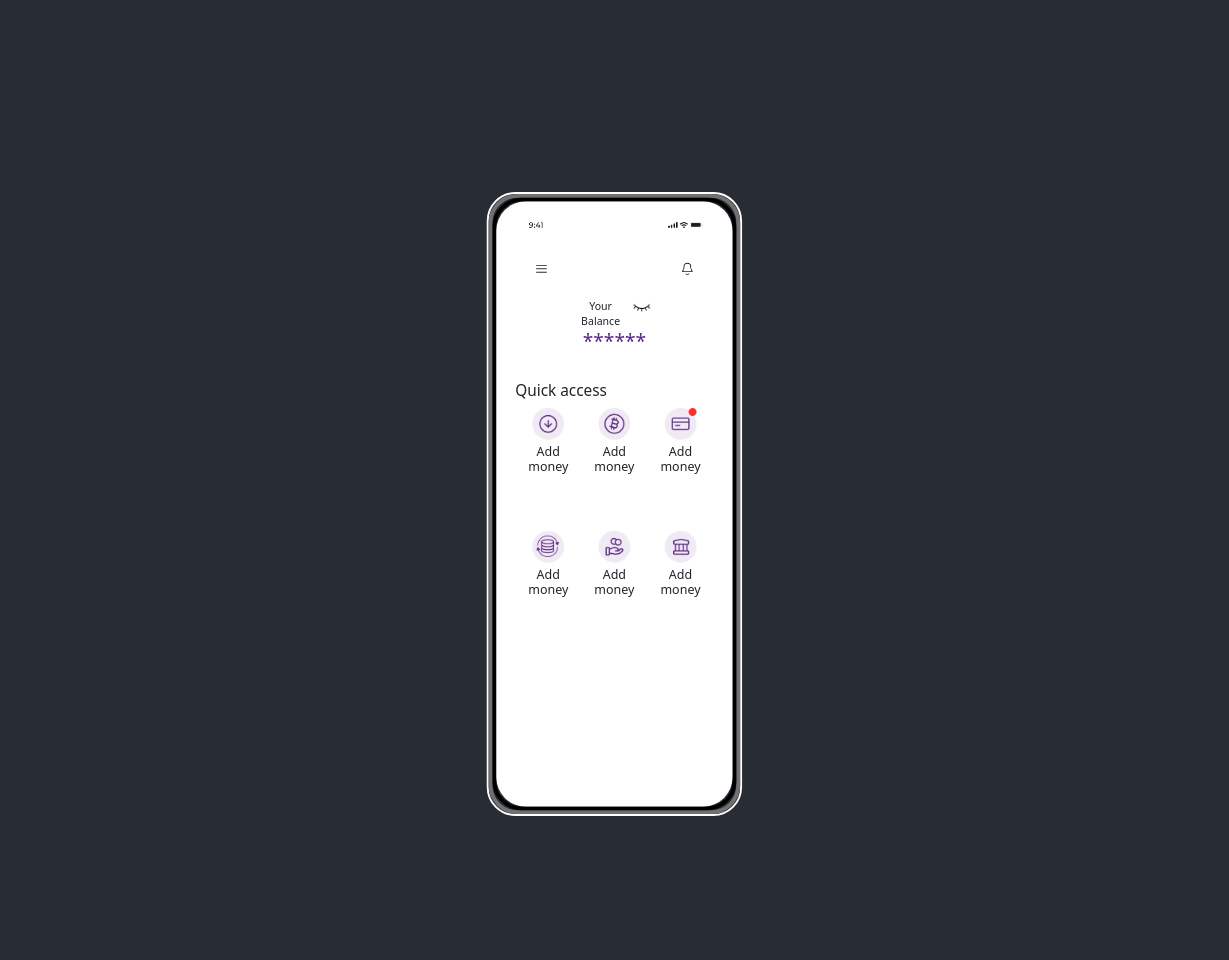
Repository: sarahnnanyelugo/fcmb-hackathon
Page: /
These files come from the project's save history. The page is drawn as it stood at one moment and after the next save; the edit follows.
The browser window is 1280 px wide. The pictures show the whole page, at 96% of full size.
The project was rebuilt for these pictures with package versions that can differ from the ones it lists, and the page was loaded fresh each time.

Above is the page before, as saved 2023-10-28 18:34:44.

After the next save:
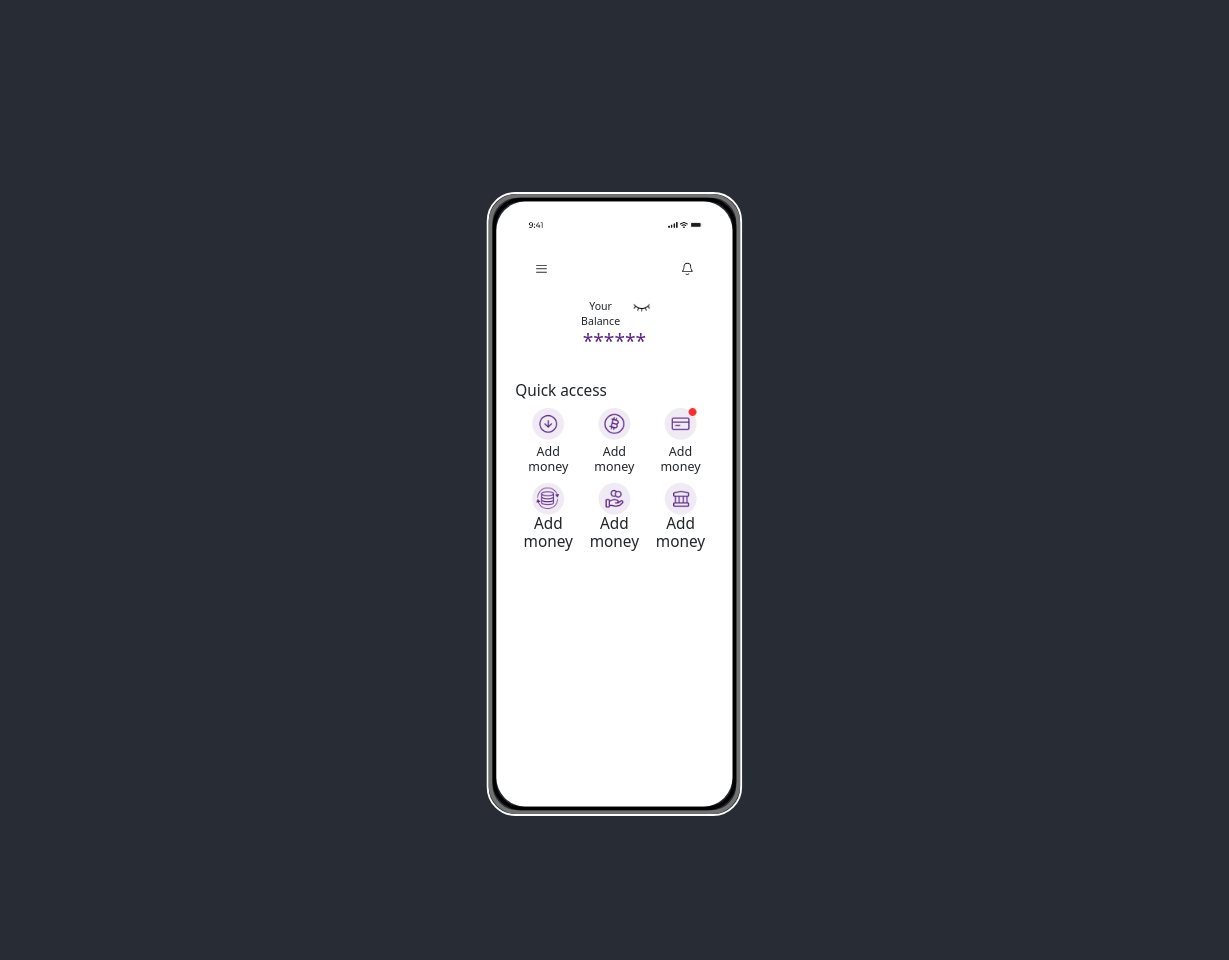
Saved 10 s later.
--- a/src/App.js
+++ b/src/App.js
@@ -87,7 +87,7 @@ function App() {
                           <h6>Add money</h6>
                         </div>
                       </div>
-                      <div className="flexy col-md-12 access">
+                      <div className="flexy col-md-12 access2">
                         <div className="col-md-4">
                           {" "}
                           <img src={Mobile} alt="icon" width="50%" />
